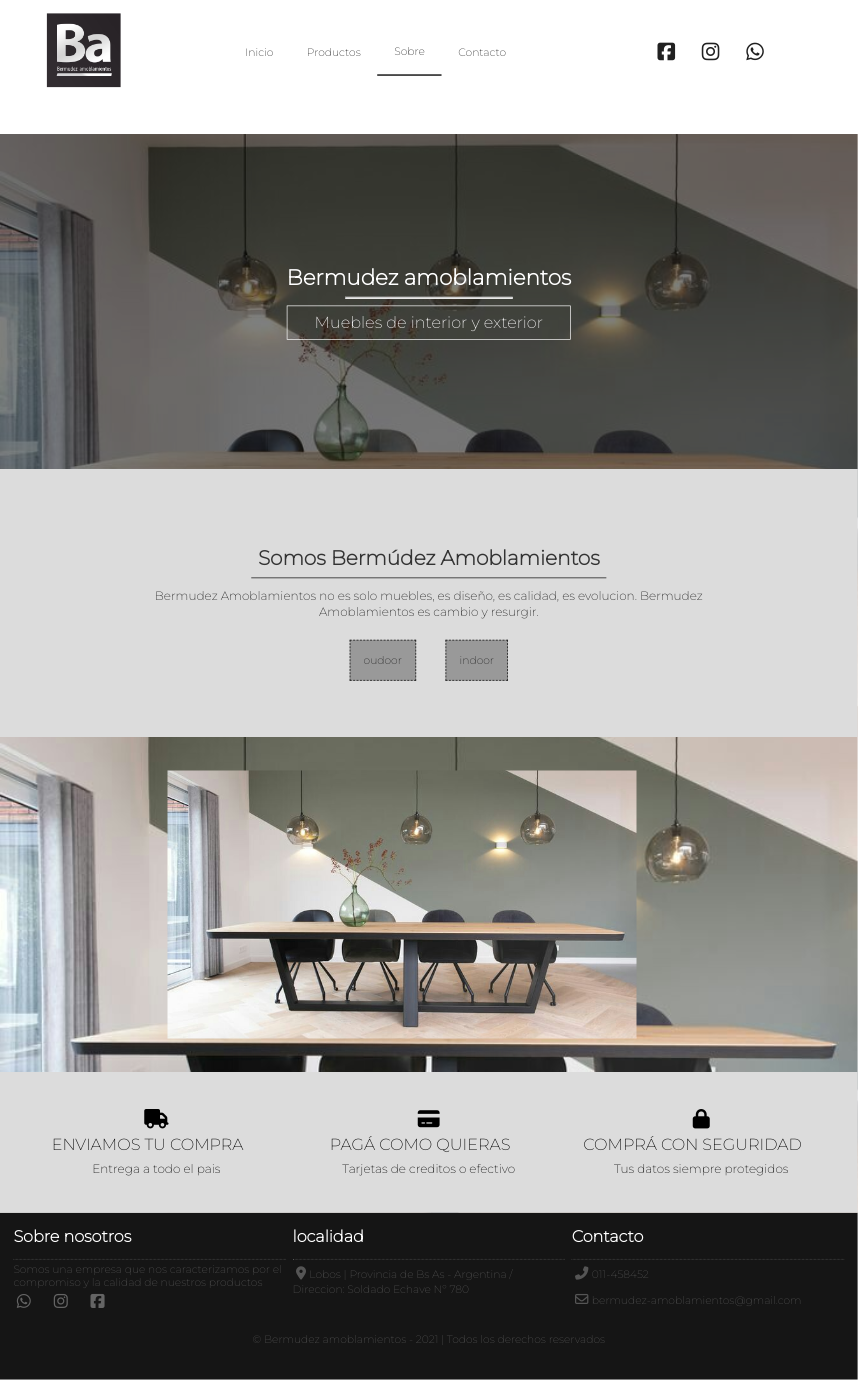
Repository: DamianBermudez94/Bermudez-amoblamientos
Page: index.html
The author's editor kept a copy of each file at every save. The page is drawn from the files as they stood at one save, then again after the next save.
The browser window is 1280 px wide. The pictures show the whole page, at 67% of full size.
Backgrounds fixed to the window are drawn as part of the page. Some web libraries are served in a nearby version.

Above is the page before, as saved 2022-09-22 18:57:25.

### index.html
<!DOCTYPE html>
<html lang="es">
<head>
    <meta charset="UTF-8">
    <meta http-equiv="X-UA-Compatible" content="IE=edge">
    <meta name="viewport" content="width=device-width, initial-scale=1.0">

    <title>Bermudez-Amoblamientos</title>
    <link rel="shortcut icon" href="Imagenes/favicon (1).jpg" type="image/x-icon">
    <!--Estilos-->
    <link rel="preconnect" href="https://fonts.googleapis.com">
    <link rel="preconnect" href="https://fonts.gstatic.com" crossorigin>
    <link href="https://fonts.googleapis.com/css2?family=Montserrat:wght@200&display=swap" rel="stylesheet">
    <script src="https://kit.fontawesome.com/bdbed0aafa.js" crossorigin="anonymous"></script>
    <link rel="preconnect" href="https://fonts.gstatic.com">
    <link href="https://fonts.googleapis.com/css2?family=Roboto:ital,wght@0,300;0,400;1,100;1,300;1,700&display=swap" rel="stylesheet">
    <!--Componente del header-->
    <script defer src="./header/header.js"></script>
    <link rel="stylesheet" href="./header/header.css">

    <!--Componente del footer-->
    <script defer src="./footer/footer.js"></script>
    <link rel="stylesheet" href="./footer/footer.css">

    <script defer src="slider.js"></script>
    <!--Estilos del index-->
    <link rel="stylesheet" href="index.css">
    <script defer src="index.js"></script>

</head>
<body>
    <!--Ir arriba-->
    <div class="go-top">
        <span><i class="fas fa-chevron-up"></i> <a href="https://www.whatsapp.com"><i class="fab fa-whatsapp"></i></a></span>
    </div>
    <header class="header">

    </header>
    <main class="main" >
        <section class="welcome">
            <div class="welcome__container">
                <h1 class="welcome__title">Bermudez amoblamientos</h1>
                <hr class="linea-title">
                <p class="welcome__sub-title">Muebles de interior y exterior</p>

            </div>
        </section>


        <section class="sobre-nosotros">
            <div class="container-tip">
                <h2 class="title-somos-nosotros">Somos Bermúdez Amoblamientos</h2>

                <p class="title-parrafo">Bermudez Amoblamientos no es solo muebles, es diseño, es calidad, es evolucion. Bermudez Amoblamientos es cambio y resurgir.</p>
                <div class="enlaces">
                    <a class="btn-enlaces" href="oudoor.html">oudoor</a>
                    <a class="btn-enlaces" href="indoor.html">indoor</a>
                </div>
            </div>
        </section>
        <!--Seccion Productos-->

            <section class="section-slider">
                <div class="flexslider">
                    <div class="slider" id="slider">
                        <div class="slider-section">
                            <img class="slider-img" src="./indoor/img-indoor/imagenes-indoor/IMG-20210325-WA0018.jpg" alt="">
                            <!--<section class="flex-slider">
                              <h2 class="slider-title">Productos al 50%</h2>
                              <p class="slider-txt">Ofertas</p>
                              <a href="" class="slider__link">Comprar</a>
                            </section>-->
                        </div>
                        <div class="slider-section">
                            <img class="slider-img" src="./indoor/img-indoor/imagenes-indoor/IMG-20210325-WA0019.jpg" alt="">
                            <!--<section class="flex-slider">
                              <h2 class="slider-title">Productos al 50%</h2>
                              <p class="slider-txt">Ofertas</p>
                              <a href="" class="slider__link">Comprar</a>
                            </section>-->

                        </div>
                        <div class="slider-section" >
                            <img class="slider-img" src="./indoor/img-indoor/imagenes-indoor/IMG-20210325-WA0028.jpg" alt="">
                            <!--<section class="flex-slider">
                              <h2 class="slider-title">Productos al 50%</h2>
                              <p class="slider-txt">Ofertas</p>
                              <a href="" class="slider__link">Comprar</a>
                            </section>-->

                        </div>
                    </div>
                    <!--<span class="btn-slider slider_btn-right" id="btn-right"><i class="fas fa-chevron-right"></i></i></span>
                    <span class="btn-slider slider_btn-left" id="btn-left"><i class="fas fa-chevron-left"></i></span>-->
                </div>
            </section>
                <!--<div class="container-editor">
                    <div class="editor__item">
                        <img src="Imagenes/IMG-20210325-WA0014.jpg" alt="" class="editor-img">
                        <p class="editor-circle">Muebles de interior</p>
                    </div>
                    <div class="editor__item">
                        <img  src="Imagenes/IMG-20210325-WA0026.jpg" alt="" class="editor-img">
                        <p class="editor-circle">Muebles de exterior</p>
                    </div>
                </div>-->
            <!--Seccion tips de compras -->
            <section class="container-tips">
                <div class="tip">
                    <i class="tip-icon fas fa-truck"></i>
                    <h2 class="tip-title">ENVIAMOS TU COMPRA</h2>
                    <p class="parrafo-tips">Entrega a todo el pais</p>

                   <!-- <a href="" class="btn-tip">Comprar</a>
                  <a href="" class="btn-tip">comprar</a>
                  <a href=""class="btn-tip">Comprar</a>-->
                </div>
                <div class="tip">
                    <i class="fas fa-credit-card"></i>
                    <h2 class="tip-title">PAGÁ COMO QUIERAS</h2>
                    <p class="parrafo-tips">Tarjetas de creditos o efectivo</p>

                </div>
                <div class="tip">
                    <i class="fas fa-lock"></i>
                    <h2 class="tip-title">COMPRÁ CON SEGURIDAD</h2>
                  <p class="parrafo-tips">Tus datos siempre protegidos</p>
                </div>

            </section>

    </main>
    <!--Footer-->

    <footer class="footer">

    </footer>
</body>
</html>

### header/header.css
/** Estilos del header **/

.header {
 background-color: #fff;

}

.main-header .container {
  position: fixed;
  top: 0;
  left: 0;
  width: 100%;
  height: 30%;
  display: flex;
  align-items: center;
  justify-content: space-between;
  background: #fff;
  z-index: 9999999999;
  padding: 50px;
}

.main-header__container {
  width: 100%;
  display: flex;
  justify-content:space-between;
  padding: 50px;
}
.redes-sociales {
  color: #212121;
  font-size: 50px;
  margin: 5px;
}

.redes-sociales:hover {
  color: #154f66;
}

.main-header__container-redes {
  display: none;

}

.title-img {
  object-fit: cover;
  width: 100%;
  height: 100px;

}
.img_title {
  position: relative;
  top: 0;
  left: 10px;
}

/** Estilos del Menu **/
.main-nav {
  opacity: 0;
  visibility: hidden;
  transition: all 0.5s;
  z-index: 9999999;
}
.mostrar {
  opacity: 1;
  visibility: visible;
}

.menu {
  position: absolute;
  top: 120px;
  left: 0;
  background: #212121;
  width: 100%;
  list-style: none;
  margin: 0;
  padding: 0;
}
.menu__items {
  margin: auto;
}

.menu-link {
  padding: 25px;
  border-bottom: 1px solid #646464;
  color: #fff;
  text-decoration: none;
  display: block;
}
.menu-link:hover {
  background: #000;
  color: #fff;
}

.sub-menu {
  display: none;
}

.sub-link {
  padding-left: 45px;
  border-bottom: 1px solid #646464;
  text-decoration: none;
  color: #fff;
  display: block;
  font-weight: 300;
  font-size: 16px;
}
.sub-link:hover {
  background: #000;
  color: #fff;
  width: 100%;
}
.sub-items .sub-link {
  list-style: none;
  margin: 0 10px;
  padding: 25px 0;
  padding-left: 48px;
}

.main-header__btn {
  border: 1px solid #000;
  display: block;
  padding: 10px 30px;
  color: #000;
  margin: 10px 0;
  text-decoration: none;
}
.btn-menu{
  position: relative;
  top: 35px;
  left: 95px;
  cursor: pointer;
  transition: all 0.5s ease-in-out ;
}
.menu-btn_burger{
  width: 30px;
  height: 3px;
  position: relative;
  top: 20px;
  left: 20px;
  border-radius: 5px;
  background-color: #000;
  transition: all 0.5s ease-in-out;
}
.menu-btn_burger::before,
.menu-btn_burger::after{
 content: "";
 position: absolute;
 top:0;
 left: 0;
 width: 30px;
 height: 3px;
 background-color: #000;
 border-radius: 5px;
 transition: all 0.5s ease-in-out;
}
.menu-btn_burger::before{
  transform: translateY(-16px);
}
.menu-btn_burger::after{
  transform: translateY(16px);
}
.btn-menu.open .menu-btn_burger {
  transform: translateX(-50px);
  background-color: transparent;
}
.btn-menu.open .menu-btn_burger::before {
  transform: rotate(45deg) translate(35px, -35px);
}
.btn-menu.open .menu-btn_burger::after {
  transform: rotate(-45deg) translate(35px, 35px);
}
@media (min-width: 760px) {
  .header {
    height: 200px;
    justify-content: space-between;

  }

  .main-header__container{
    padding: 50px;

  }
  .main-header__container-redes{
    display: flex;
    justify-content: space-between;
    align-items: center;

  }
  .redes-sociales {
    color: #212121;
    font-size: 25px;
    margin: 10px;
    position: relative;
    top: 0;
    left: 0;
    display: block;
  }
  .menu {
    top: 180px;
  }
  .title-somos-nosotros {
    font-size: 28px;
    text-align: center;
    padding: 10px;
  }
}


@media (min-width: 960px) {

  .main-header__container {
    width: 100%;
    height: 100%;
    display: flex;
    align-items: center;
    justify-content: space-evenly;
    padding: 0 120px 0 50px;


  }

  .main-nav {
    visibility: visible;
    opacity: 1;
    width: 100%;
    right: 25px;
    margin: 0;
    padding: 15px;
  }
  .main-header-link {
    color: #333;
    border-bottom: none;
  }
  .main-header__container .main-nav .menu li a.active {
    border-bottom: 2px solid #000;
  }

  .menu {
    position: static;
    width: 100%;
    display: flex;
    align-items: center;
    justify-content: center;
    background: none;
  }

  .menu__items {
    padding: 0;
    margin: 0;
    display: flex;
  }
  .menu-link {
    color: #212121;
    border-bottom: none;
  }
  .menu-link:hover {
    color: #f7f7f7;
  }

  .main-nav .menu .sub-menu {
    display: none;
    transition: all 0.5s;
  }
  .main-nav .menu .menu__items {
    display: flex;
    justify-content: space-between;
    align-items: center;
  }

  .menu .menu__items:hover .sub-menu {
    display: block;
    position: absolute;
    top: 120px;
    left: 485px;
    width: 300px;
  }

  .sub-link {
    position: relative;
    top: 15px;
    left: 15px;
    width: 300px;
    text-decoration: none;
    color: #151515;
    background: #f7f7f7;
    font-size: 16px;
    transition: all 0.5s;
  }
  .sub-link:hover {
    max-width: 300px;
    color: #fff;
    background: #151515;
  }
  .sub-items {
    list-style: none;
  }

  .title-img {
    object-fit: cover;
    font-size: 24px;
    width: 150px;
    height: 150px;
    padding: 20px;
    margin: 0;
  }
  .img_title {
    position: initial;
  }

  .main-header__container-redes {
    padding: 20px;
  }
  .redes-sociales {
    position: relative;
    top: 0;
    left: 20px;
    margin: 15px;
    padding: 5px;
    font-size: 30px;
    display: block;
  }
  .btn-menu {
    display: none;
  }
}

### footer/footer.css
/** Estilos Del footer **/

.footer {

  padding: 20px;
  background: #151515;
  color: #fff;
}
.redes-footer {
  padding: 15px;
  position: relative;
  top: 0;
  left: -10px;
  font-size: 1.5em;
  color: #646464;
  margin: 0;
  transition: all 0.5s;
}
.redes-footer:hover {
  color: #fff;
}
.footer-txt {
  color: #555;
  padding: 5px 0;
}
.footer-link {
  color: #555;
  text-decoration: none;
  display: block;
  padding: 10px 0;
}

.title-footer {
  border-bottom: 1px dotted #555;
  padding-bottom: 20px;
}
.redes {
  font-size: 20px;
  margin: 5px;
}
.container-copy{
  text-align: center;
  padding: 10px;
}
.copy {
  color: #555;
  margin: 10px 0;
  padding: 10px;
}
@media screen and (min-width:720px) {
  .container-footer {

    display: grid;
    grid-template-columns: repeat(3, 1fr);
    gap: 10px;

  }

}

### index.css
* {
  padding: 0;
  margin: 0;
  box-sizing: border-box;
  font-family: 'Montserrat', sans-serif;
}

/** Go top **/
.go-top {
  position: fixed;
  bottom: 0px;
  right: -100%;
  width: 50px;
  height: 50px;

  background: #fff;
  z-index: 9999;
  display: flex;
  justify-content: center;
  align-items: center;
  cursor: pointer;
  transition: 500ms;
}
.go-top:hover {
  border: 2px solid #fff;
  border-radius: 50%;
  background: rgb(71, 71, 71);
}
.go-top:hover span {
  color: #fff;
}
.go-top > span {
  font-size: 25px;
  color: #000;
}
main{
  background: url("./indoor/img-indoor/imagenes-indoor/IMG-20210325-WA0018.jpg");
  background-attachment: fixed;
  background-position:center;
  background-size:cover;
}

/** Diseño del Welcome**/

.welcome {
  width: 100%;
  height: 500px;
  background-color: rgba(0, 0, 0, 0.5);
  display: flex;
  align-items: center;
  justify-content: center;
  flex-direction: column;
}

.welcome__title {
  font-size: 32px;
  color: #fff;
  font-weight: 700;
  text-align: center;
  margin: 10px;
}

.welcome hr {
  width: 250px;
  margin: auto;
  height: 3px;
  background: #fff;
}
.welcome__sub-title {
  font-size: 24px;
  margin: 10px;
  color: #fff;
  border: 1px solid #fff;
  padding: 10px;

  text-align: center;
}

/** Fin del style**/

/********* Seccion sobre nosotros ****/
.sobre-nosotros{
  width: 100%;
  height: 400px;
}
.container-tip {
  display: flex;
  justify-content: center;
  align-items: center;
  flex-direction: column;
  height: 100%;
  margin: 0;
  padding:10px;
  background-color: #dcdcdc;
}
.title-somos-nosotros {

  font-size: 24px;
  font-weight: bold;
  text-align: center;
  color: #333;
  border-bottom: 1px solid #000;
}

.title-parrafo {
 width: 70%;
  text-align: center;
  font-weight: 400;
  font-size: 18px;
  margin-top: 15px;
  line-height: 24px;
  color: #151515;
}
.enlaces {
  margin-top: 50px;
}
.btn-enlaces {
  width: 100%;
  padding: 20px;
  margin:20px;
  text-decoration: none;
  border: 1px dashed #000;
  transition: all 0.5s;
  cursor: pointer;
  color: #212121;
  background: #999999;
}
.btn-enlaces:hover {
  background: #212121;
  color: #fff;
}


/*****Diseño del slider****/

.flexslider {
  width: 100%;
  height: 500px;
  position: relative;
  overflow: hidden;

}
.slider {
  display: flex;
  width: 300%;
  height: 300px;
  margin-left: -100%;
  position: relative;
}


.slider-section {
  position: relative;
  top: 50px;
  width: 100%;
  display: flex;
  justify-content: center;
  align-items: center;

}

.slider-img {
  position: absolute;
  top: 0;
  width: 300px;
  height: 400px;
  object-fit: cover;

}



/** Seccion tips informaticos **/

.container-tips {
  height: 500px;
  padding: 30px;
  text-align: center;
  background-color: #dcdcdc;
}
.tip-title {
  font-size: 16px;
  font-weight: 300;
}

.tip i {
  font-size: 24px;
  padding: 20px 0;
}
.parrafo-tips {
  font-size: 14px;
  text-align: center;
  font-weight: 300;
  margin-top: 8px;
}

/** Estilo responsive para tablet **/

@media screen and (min-width: 768px) {

  .slider-img {
    width: 600px;
    height: 400px;
    object-fit: cover;

  }
  .container-tips {
    display: grid;
    grid-template-columns: repeat(3, 1fr);
  }
  .tip-icon {
    font-size: 29px;
  }
  .tip-title {
    font-size: 24px;
    font-weight: 700;
  }
  .parrafo-tips {
    font-size: 18px;
  }
  .title-somos-nosotros{
    font-size: 30px;
  }
}

@media (min-width: 1024px) {
  /**header **/
  .header-img {
    display: flex;
    justify-content: center;
    align-items: center;
    margin: 0 auto;
  }
  .header-img .welcome h1 {
    font-size: 50px;
    color: #fff;
    font-weight: 700;

    margin-bottom: 35px;
  }
  .header-img .welcome .linea-title {
    width: 400px;
    height: 5px;
    background: #fff;
    border: none;
    margin-top: -15px;
    text-align: center;
  }
  .header-img .welcome p {
    width: 500px;
    font-size: 30px;
    font-weight: 200;
    color: #fff;
    border: 3px solid #fff;
    padding: 10px;
    margin-top: 30px;
  }

  /** Fin del header **/


  /**** Seccion slider ****/

  .slider-img {
    width: 600px;
    height: 400px;


  }



  /***** Seccion Tips **/
  .container-tips {
    width: 100%;
    height: 100%;
    position: relative;
  }

  .tip-title {
    padding-right: 26px;
    font-weight: 400;
  }
  .tip {
    padding: auto;
    margin: 15px auto;
  }
  .tip i {
    font-size: 29px;
    text-align: center;
    padding: 10px 10px;
  }
  .parrafo-tips {
    font-size: 18px;
    margin: 10px auto;
  }
}
@media screen and (min-width: 1280px) {
  .main-header {
    position: relative;
    width: 100%;
  }
  .main-header .container {
    position: absolute;
    top: 0;
    left: 0;
    width: 100%;
    height: 30%;
    background: #fff;
    display: flex;
    justify-content: space-between;
    align-items: center;
    z-index: 9999999999;
  }
  .container {
    width: 1000px;
    margin: auto;
  }
  .main-header__container:nth-child(3) {
    padding-left: 50px;
  }


  .slider-img {
    width: 700px;
    height: 400px;

  }
}
@media screen and (min-width: 1600px) {
  .main-header {
    position: relative;
    width: 100%;
  }
  .main-header .container {
    position: fixed;
    top: 0;
    left: 0;
    width: 100%;
    height: 30%;
    background: #fff;
    display: flex;
    justify-content: space-between;
    align-items: center;
    z-index: 9999;
  }
  .container {
    width: 1400px;
    margin: auto;
  }
  .main-header__container:nth-child(3) {
    padding-left: 100px;
  }
}

### footer/footer.js
function footerComponet(el) {
  const footerEl = document.createElement("div");
  footerEl.innerHTML = `  <div class="container-footer">
    <div class="footer-section">
        <h2 class="title-footer">Sobre nosotros</h2>
        <p class="footer-txt">Somos una empresa que nos caracterizamos por el compromiso y la calidad de nuestros productos</p>
        <a href="" class="redes-footer"><i class="fab fa-whatsapp"></i></a>
        <a href="" class="redes-footer"><i class="fab fa-instagram"></i></a>
        <a href="" class="redes-footer"><i class="fab fa-facebook-square"></i></a>
    </div>

    <div class="footer-section">
      <h2 class="title-footer">localidad</h2>
      <p class="footer-txt"><i class="fas fa-map-marker-alt redes"></i>Lobos | Provincia de Bs As - Argentina / Direccion: Soldado Echave Nº 780</p>

    </div>
    <div class="footer-section">
      <h2 class="title-footer">Contacto</h2>
      <p class="footer-txt"><i class="fas fa-phone-alt redes"></i>011-458452</p>
      <p class="footer-txt"><i class="far fa-envelope redes"></i>bermudez-amoblamientos@gmail.com</p>
    </div>



  </div>
  <div class="container-copy">
    <p class="copy">&copy; Bermudez amoblamientos - 2021 | Todos los derechos reservados </p>
  </div>
  `;

  el.appendChild(footerEl);
  console.log("sadasdasd", footerEl);
}

### slider.js
// Animacion slider

const slider = document.querySelector("#slider");
let sliderSection = document.querySelectorAll(".slider-section");
let sliderSectionLast = sliderSection[sliderSection.length - 1];

slider.insertAdjacentElement("afterbegin", sliderSectionLast);

function nextRight() {
  let sliderSectionFirts = document.querySelectorAll(".slider-section")[0];

  slider.style.marginLeft = "-200%";
  slider.style.transition = "0.8s ease-in-out";

  setTimeout(function () {
    slider.style.transition = "none";
    slider.insertAdjacentElement("beforeend", sliderSectionFirts);
    slider.style.marginLeft = "-100%";
  }, 1200);
}
function Prev() {
  let sliderSection = document.querySelectorAll(".slider-section");
  let sliderSectionLast = sliderSection[sliderSection.length - 1];
  slider.style.marginLeft = "0";

  setTimeout(function () {
    slider.style.transition = "none";
    slider.insertAdjacentElement("afterbegin", sliderSectionLast);
    slider.style.marginLeft = "-100%";
  }, 1200);
}

/*btnLeft.addEventListener("click", function () {
  Prev();
});
const btnRight = document.querySelector("#btn-right");
const btnLeft = document.querySelector("#btn-left");

btnRight.addEventListener("click", function () {
  nextRight();
});*/

setInterval(function () {
  nextRight();
}, 5000);

### index.js
function main() {
  headertComponet(document.querySelector(".header"));
  footerComponet(document.querySelector(".footer"));

  menu();
}
main();

Loaded but not shown: header/header.js (87 lines, source omitted)

After the next save:
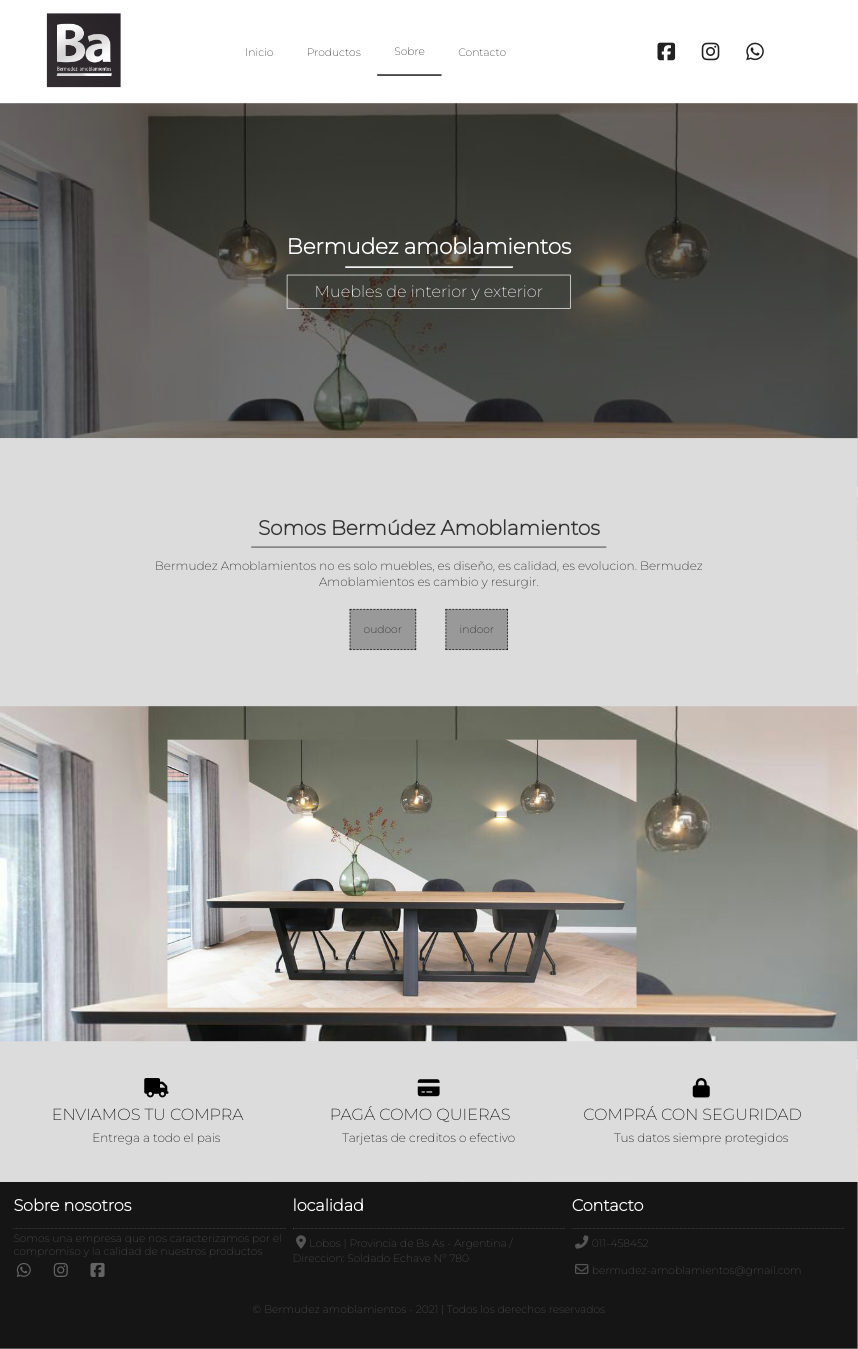
Saved 36 s later.
--- a/header/header.css
+++ b/header/header.css
@@ -169,11 +169,7 @@
   transform: rotate(-45deg) translate(35px, 35px);
 }
 @media (min-width: 760px) {
-  .header {
-    height: 200px;
-    justify-content: space-between;
-
-  }
+
 
   .main-header__container{
     padding: 50px;
